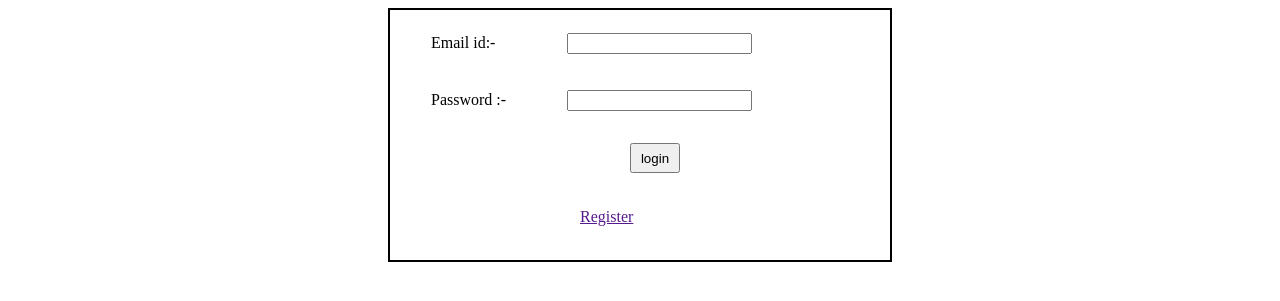
Repository: ShivrajMPujari/ServletApplication
Page: http://localhost/LoginReg/
An editor plug-in stored every save of this project. The page is shown before and after the next save, followed by the edit.
The browser window is 1280 px wide. The pictures show the whole page.
The page is served by Tomcat 9. Other server files are loaded and not shown.

Above is the page before, as saved 2018-07-09 06:11:36.

### LoginReg/WebContent/index.html
<!DOCTYPE html>
<html>
<head>
<meta charset="UTF-8">
<title>Insert title here</title>
<link rel="stylesheet" href="index.css"/>
</head>
<body>

<div class="tableDiv">
<form action="">
<table class="loginTabel" cellspacing="10">
<tr>
	<td> Email id:- </td> <td> <input type="email" /></td>
</tr>

<tr>
	<td>Password :- </td> <td> <input type="password" /> </td>
</tr>

<tr>
<td colspan="2"  class="submitButton"  > <input class="btn"type="submit" value="login" /></td>
</tr>

<tr>
<td colspan="2" class="register"> <a href="">Register</a></td>
</tr>
</table>
</form>
</div>
</body>
</html>

### LoginReg/WebContent/index.css
@CHARSET "UTF-8";

.tableDiv{
	height:250px;
	width:500px;
	margin:auto;
	border:2px solid black;
}
.loginTabel{

	height:240px;
	width:480px;
	margin:auto;
	padding-left: 20px;
}
tr{
	height: 30px;
}
.submitButton{
	padding-left:200px;

}
.btn{
	height: 30px;
	width:50px;
}
.register{

	padding-left:150px;
}

After the next save:
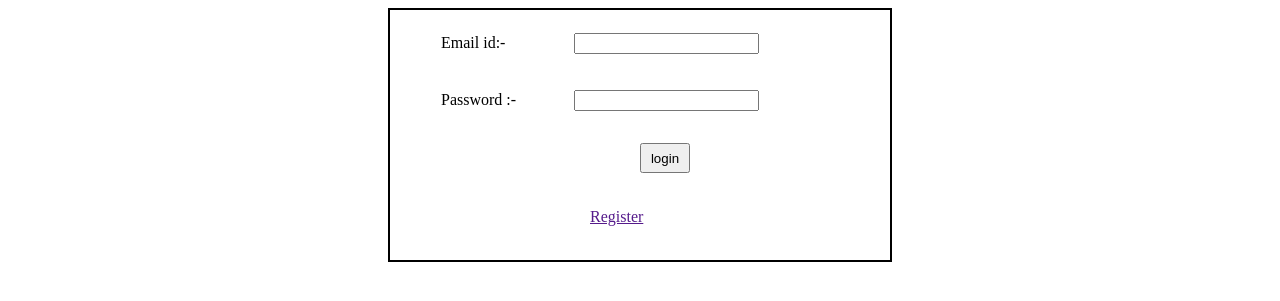
Saved 12 s later.
--- a/LoginReg/WebContent/index.css
+++ b/LoginReg/WebContent/index.css
@@ -11,7 +11,7 @@
 	height:240px;
 	width:480px;
 	margin:auto;
-	padding-left: 20px;
+	padding-left: 30px;
 }
 tr{
 	height: 30px;
